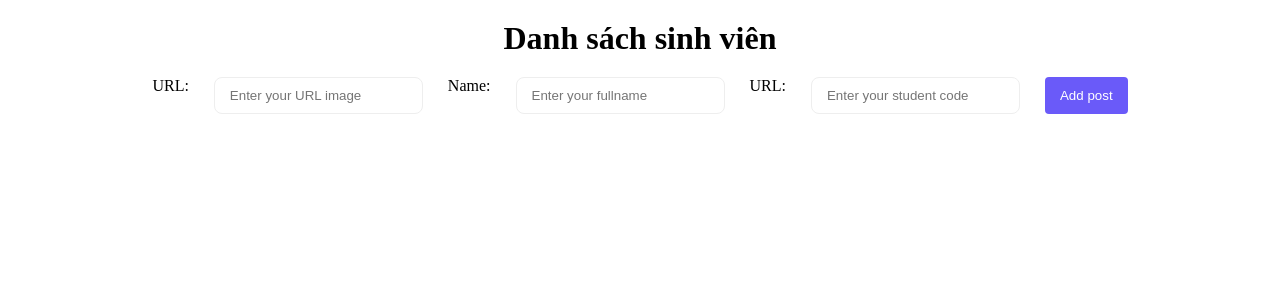
Repository: doquang195/demo-api
Page: indext.html
An editor plug-in stored every save of this project. The page is shown before and after a run of saves, followed by the edit.
The browser window is 1280 px wide. The pictures show the whole page.

Above is the page before, as saved 2023-10-04 21:48:44.

After the next 2 saves:
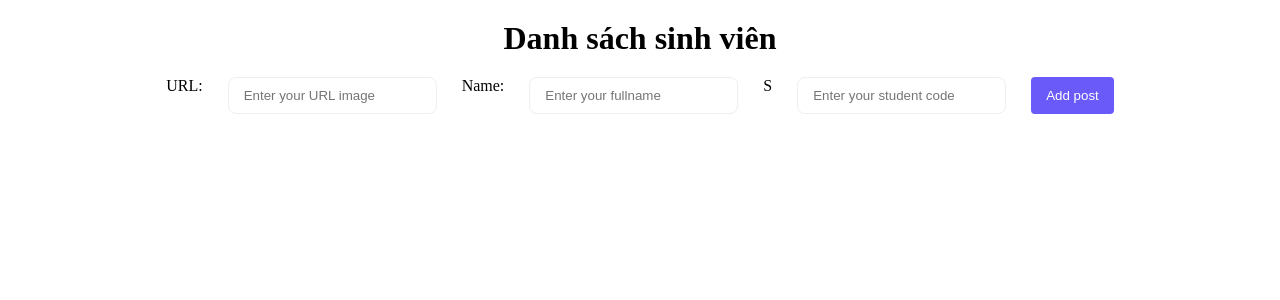
The 2 saves are shown as one change because they came seconds apart.
The last was saved 8 s later.
--- a/indext.html
+++ b/indext.html
@@ -21,7 +21,7 @@
             />
             <label>Name:</label>
             <input type="text" name="name" placeholder="Enter your fullname" />
-            <label>URL:</label>
+            <label>S</label>
             <input
                 type="text"
                 name="code"
